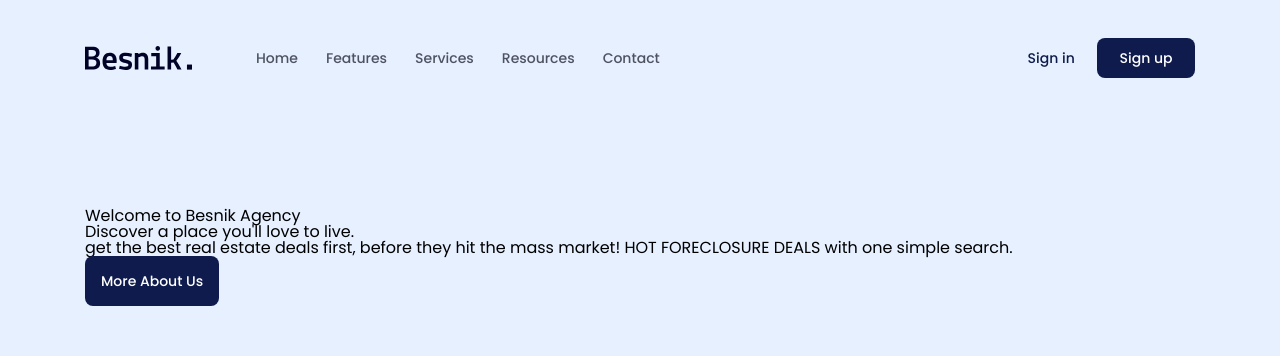
Repository: vancong171001/f8-html-css-01
Page: index.html
An editor plug-in stored every save of this project. The page is shown before and after a run of saves, followed by the edit.
The browser window is 1280 px wide. The pictures show the whole page.

Above is the page before, as saved 2025-02-18 16:24:19.

After the next 3 saves:
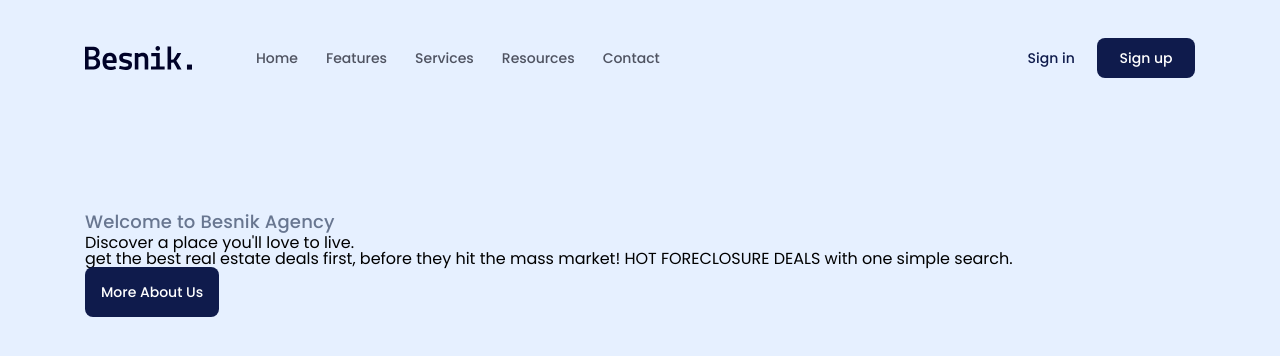
The 3 saves are shown as one change because they came seconds apart.
The last was saved 10 s later.
--- a/assets/css/styles.css
+++ b/assets/css/styles.css
@@ -89,3 +89,11 @@
 .hero {
   margin-top: 130px;
 }
+
+.hero .sub-title {
+  color: #687690;
+  font-size: 18px;
+  font-weight: 500;
+  line-height: normal;
+  letter-spacing: 0.18px;
+}
